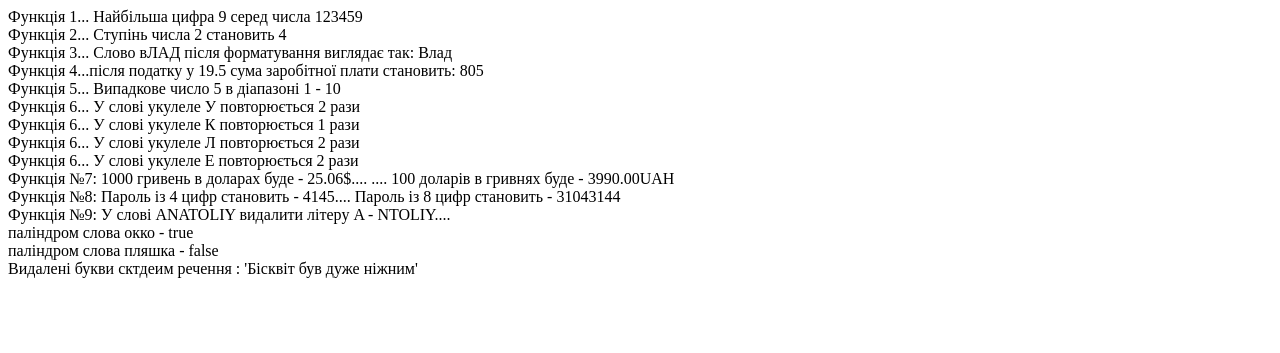
Repository: batonAnton/cursor_js_hw_3
Page: index.html
An editor plug-in stored every save of this project. The page is shown before and after the next save, followed by the edit.
The browser window is 1280 px wide. The pictures show the whole page.

Above is the page before, as saved 2022-09-14 13:41:41.

After the next save:
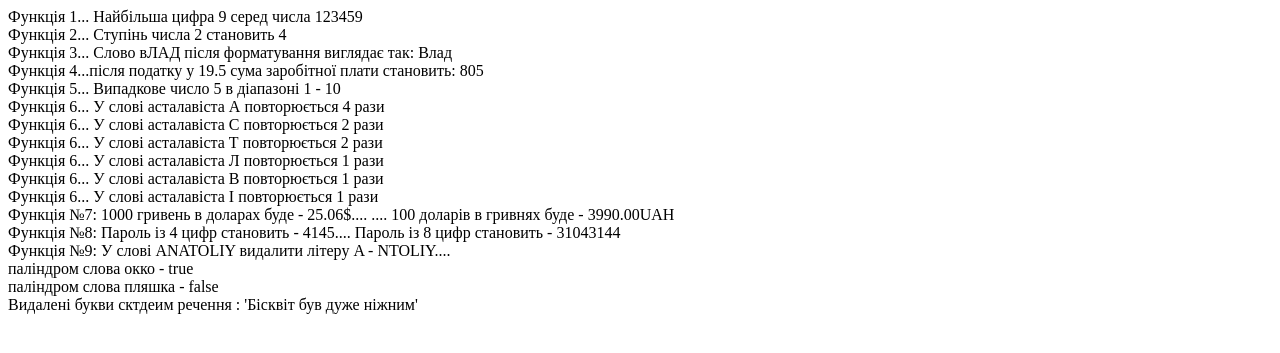
Saved 2 days later.
--- a/js/index.js
+++ b/js/index.js
@@ -91,7 +91,7 @@ document.writeln(` <br> Функція 6... У слові ${test_str} ${str[i].t
 }
 
 
-let test_str = "укулеле";
+let test_str = "асталавіста";
 console.log("У слові " + " " + test_str + " " + "слова повторюються :");
 repeatLetter( test_str);
 
